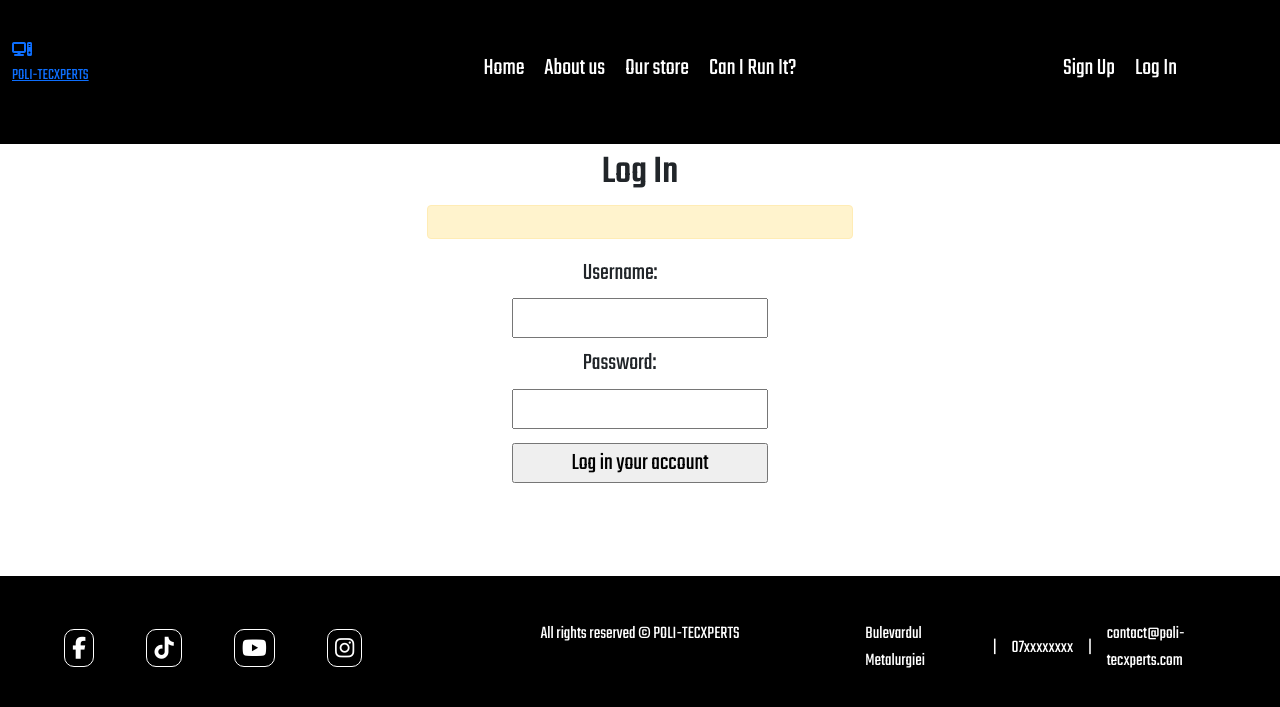
Repository: cristibtz/POLI_TECXPERTS
Page: login/login.html
The author's editor kept a copy of each file at every save. The page is drawn from the files as they stood at one save, then again after the next save.
The browser window is 1280 px wide. The pictures show the whole page.

Above is the page before, as saved 2024-04-27 17:58:35.

After the next save:
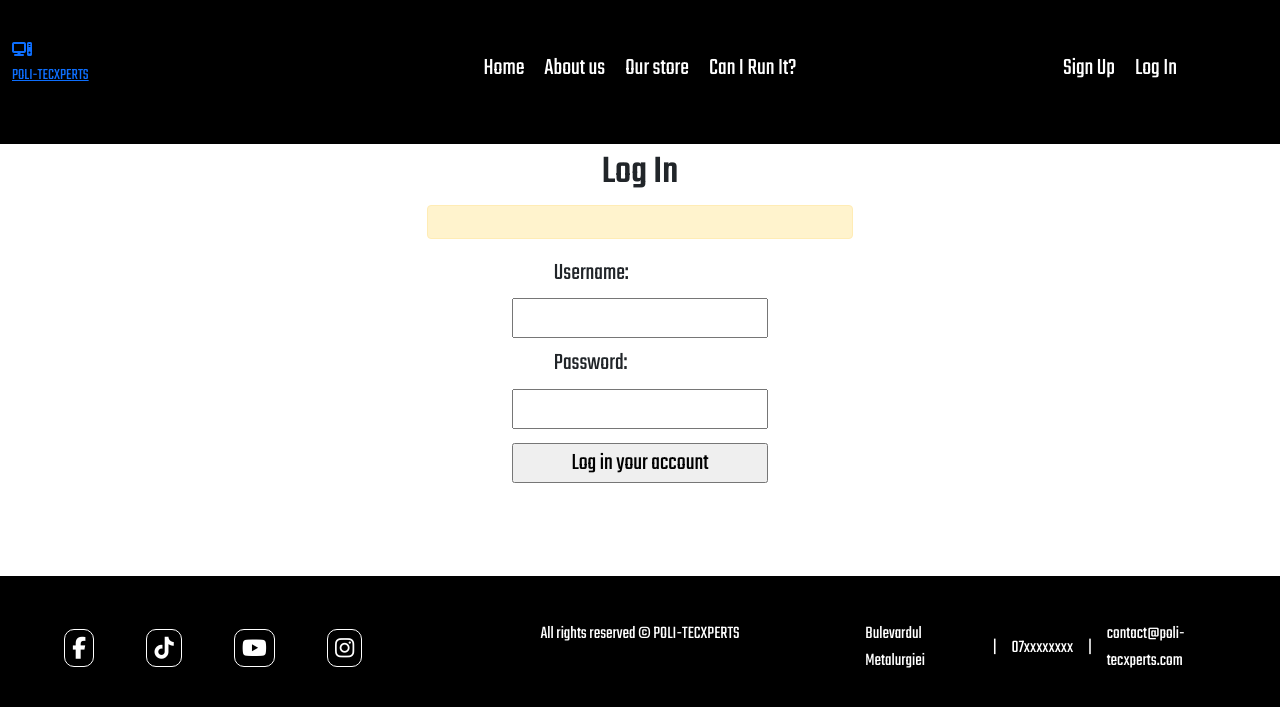
Saved 14 s later.
--- a/css/forms.css
+++ b/css/forms.css
@@ -8,5 +8,5 @@ form .row input {
 label {
     padding: 0;
     font-size: 24px;
-    margin-left: 20vh;
+    margin-left: 16vh;
 }
